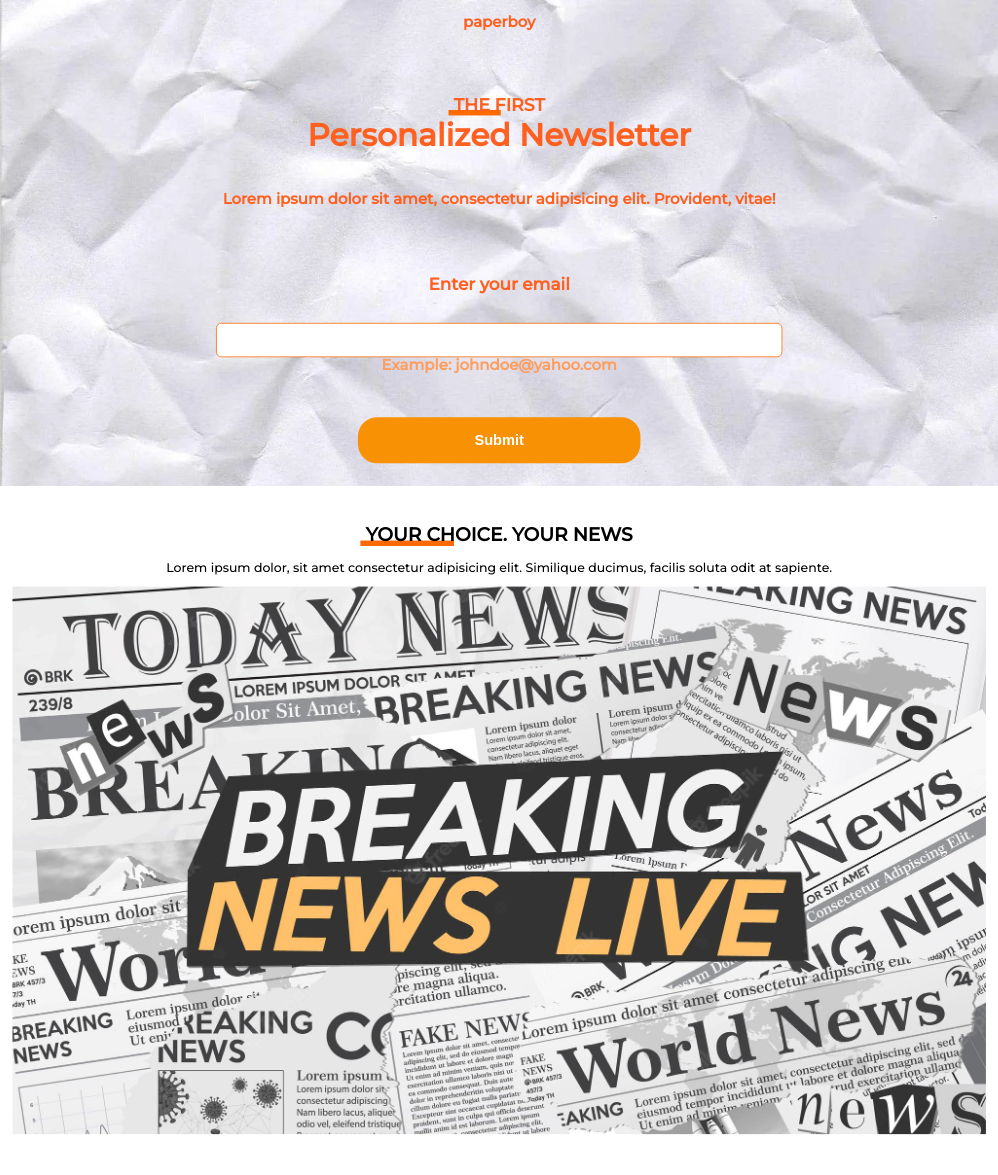
Repository: Gionnn/proiecte
Page: index.html
The author's editor kept a copy of each file at every save. The page is drawn from the files as they stood at one save, then again after the next save.
The browser window is 1280 px wide. The pictures show the whole page, at 78% of full size.

Above is the page before, as saved 2022-11-28 12:34:32.

After the next save:
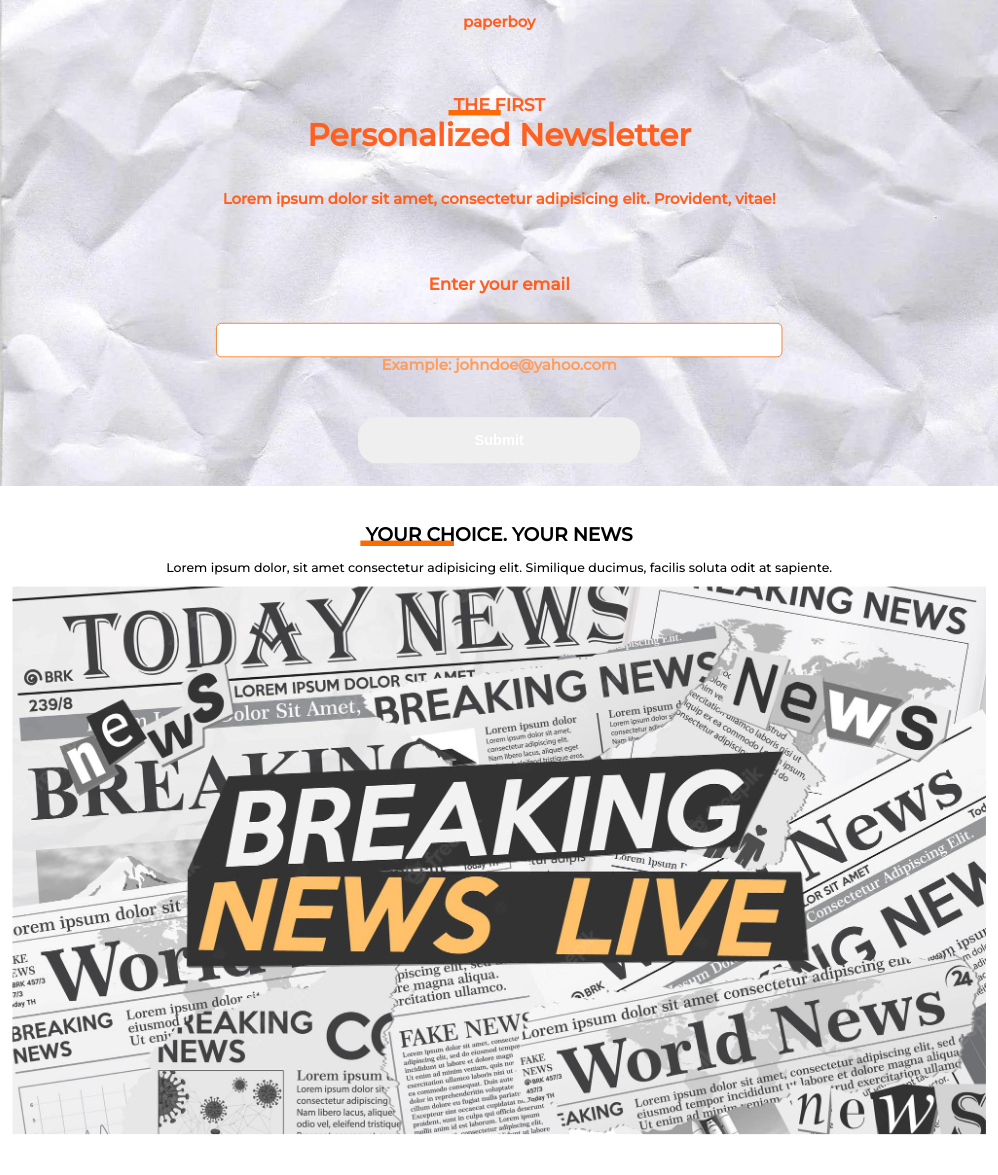
Saved 116 min 37 s later.
--- a/css/main.css
+++ b/css/main.css
@@ -79,7 +79,6 @@ input[type="text"] {
   margin-top: 0.3em;
 }
 input[type="button"] {
-  background-color: #f89104;
   border: none;
   width: 30%;
   color: white;
@@ -137,7 +136,4 @@ p {
 }
 
 @media (min-width: 930px) {
-  img {
-    align-content: left;
-  }
 }
